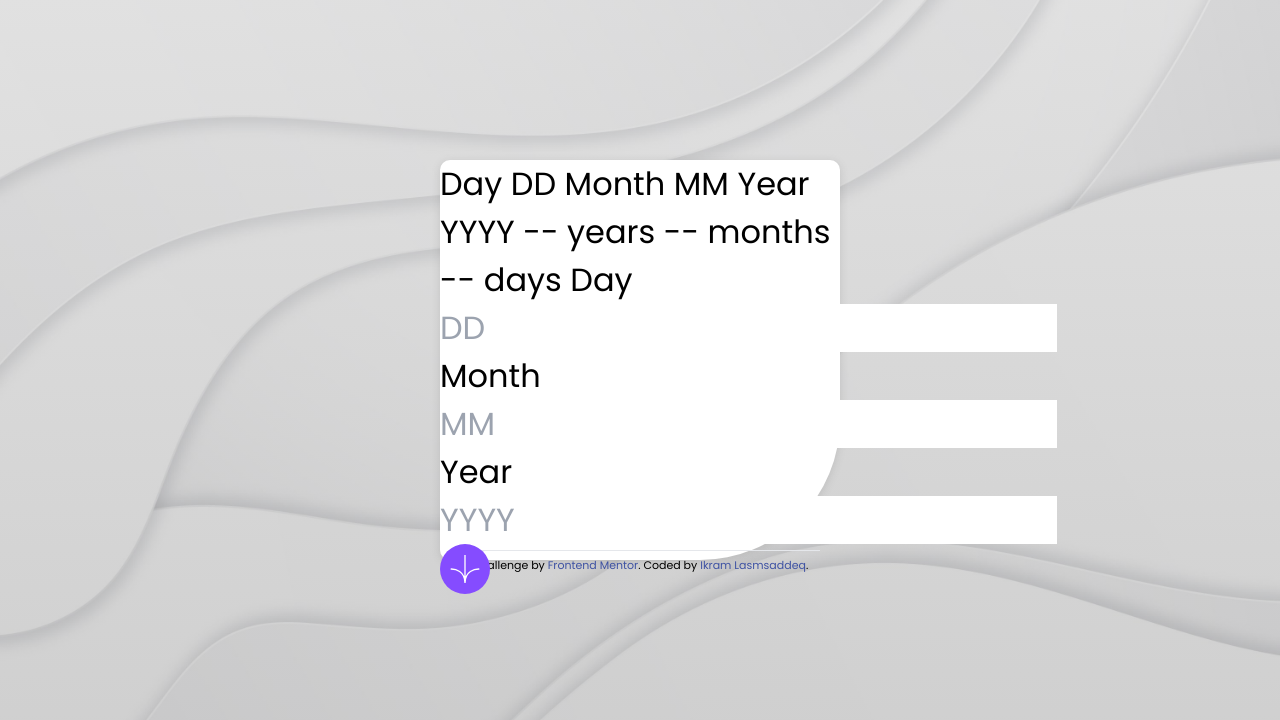
Repository: ikram-lisa/age-display
Page: /
These files come from the project's save history. The page is drawn as it stood at one moment and after the next save; the edit follows.
The browser window is 1280 px wide. The pictures show the whole page.
Some web libraries are served in a nearby version. The project was rebuilt for these pictures with package versions that can differ from the ones it lists, and the page was loaded fresh each time.

Above is the page before, as saved 2024-04-30 23:07:51.

### index.html
<!DOCTYPE html>
<html lang="en">
  <head>
    <meta charset="UTF-8" />
    <meta name="viewport" content="width=device-width, initial-scale=1.0" />
    <!-- displays site properly based on user's device -->
    <link href="https://cdn.tailwindcss.com" rel="stylesheet" />
    <link rel="stylesheet" href="./css/style.scss" />
    <link
      rel="icon"
      type="image/png"
      sizes="32x32"
      href="./assets/images/favicon-32x32.png"
    />

    <title>Frontend Mentor | Age calculator app</title>
    <style>
      .attribution {
        font-size: 11px;
        text-align: center;
      }
      .attribution a {
        color: hsl(228, 45%, 44%);
      }
    </style>
  </head>
  <!-- <script type="module" src="js/script.js"></script> -->
  <body>
    <section class="calculator">
      <form action="">
        Day DD Month MM Year YYYY -- years -- months -- days
        <label for="day">Day</label>
        <input class="day" id="day" type="number" placeholder="DD" />

        <label for="month">Month</label>
        <input class="month" id="month" type="number" placeholder="MM" />

        <label for="year">Year</label>
        <input class="year" id="year" type="number" placeholder="YYYY" />
      </form>

      <button class="submit">
        <img src="./assets/images/icon-arrow.svg" alt="submit" />
      </button>

      <hr class="separator" />
      <div class="result">
        <p class="days"></p>
        <p class="month"></p>
        <p class="years"></p>
      </div>

      <div class="attribution">
        Challenge by
        <a href="https://www.frontendmentor.io?ref=challenge" target="_blank"
          >Frontend Mentor</a
        >. Coded by <a href="#">Ikram Lasmsaddeq</a>.
      </div>
    </section>
  </body>
</html>

### css/style.scss
@use "./base/variable" as *;
@use "./base/font.scss" as *;

@tailwind base;
@tailwind components;
@tailwind utilities;

* {
  margin: 0;
  padding: 0;
  box-sizing: border-box;
}
body {
  height: 100vh;
  background: linear-gradient(
      rgba(196, 196, 196, 0.5),
      rgba(161, 161, 161, 0.5)
    ),
    url("../images/background.jpg");
  background-size: cover;
  background-position: center;
  background-repeat: no-repeat;
  font-size: 32px;
  font-family: "Poppins", sans-serif;
}
.calculator {
  width: 30%;
  min-width: 400px;
  height: 400px;
  background-color: white;
  position: absolute;
  top: 50%;
  left: 50%;
  transform: translate(-50%, -50%);
  border-radius: 10px 10px 140px 10px;
  box-shadow: rgba(99, 99, 99, 0.2) 0px 2px 8px 0px;

  .submit {
    width: 50px;
    height: 50px;
    border-radius: 50%;
    display: flex;
    justify-content: center;
    align-items: center;
    background-color: $purple;
    color: white;
    border: none;
    padding: 10px;
    position: absolute;
    cursor: pointer;
    transition: all 0.3s;

    &:hover {
      background-color: darken($purple, 10%);
    }
  }

  .separator {
    width: 90%;
    height: 1px;
    background-color: $lightGrey;
    margin: 6px auto;
  }
}

@media (max-width: 375px) {
}
@media (max-width: 768px) {
}
@media (max-width: 1440px) {
}

### css/base/_variable.scss
// Primary

$purple: hsl(259, 100%, 65%);
$lightRed: hsl(0, 100%, 67%);

// Neutral

$white: hsl(0, 0%, 100%);
$offWhite: hsl(0, 0%, 94%);
$lightGrey: hsl(0, 0%, 86%);
$smokeyGrey: hsl(0, 1%, 44%);
$offBlack: hsl(0, 0%, 8%);

### css/base/_font.scss
@import url("https://fonts.googleapis.com/css2?family=Montserrat:ital,wght@0,100..900;1,100..900&family=Open+Sans:ital,wght@0,400;0,600;0,700;0,800;1,400;1,700;1,800&family=Poppins:ital,wght@0,200;0,300;0,400;0,500;0,600;0,700;0,800;0,900;1,100;1,200;1,300;1,400;1,500;1,600;1,700;1,800;1,900&display=swap");

Loaded but not shown: tailwind.config.js (1075 lines, source omitted)

After the next save:
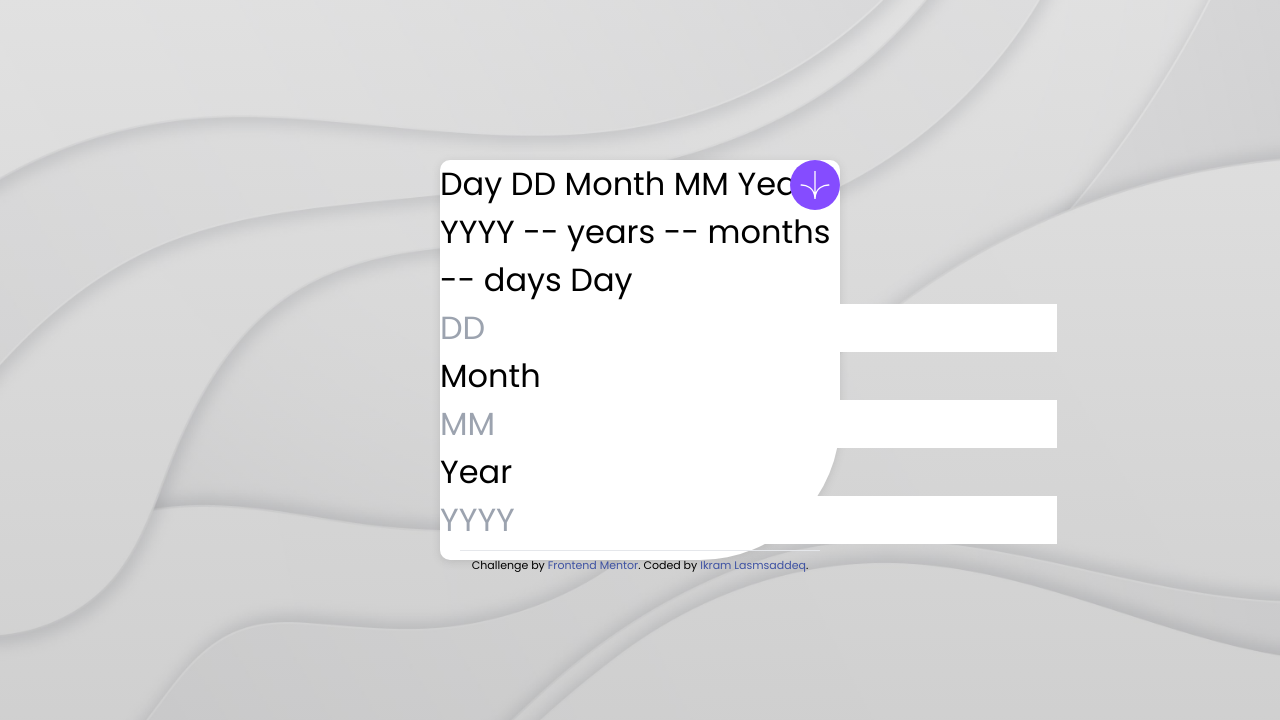
Saved 16 s later.
--- a/css/style.scss
+++ b/css/style.scss
@@ -47,6 +47,8 @@ body {
     border: none;
     padding: 10px;
     position: absolute;
+    top: 0;
+    right: 0;
     cursor: pointer;
     transition: all 0.3s;
 
